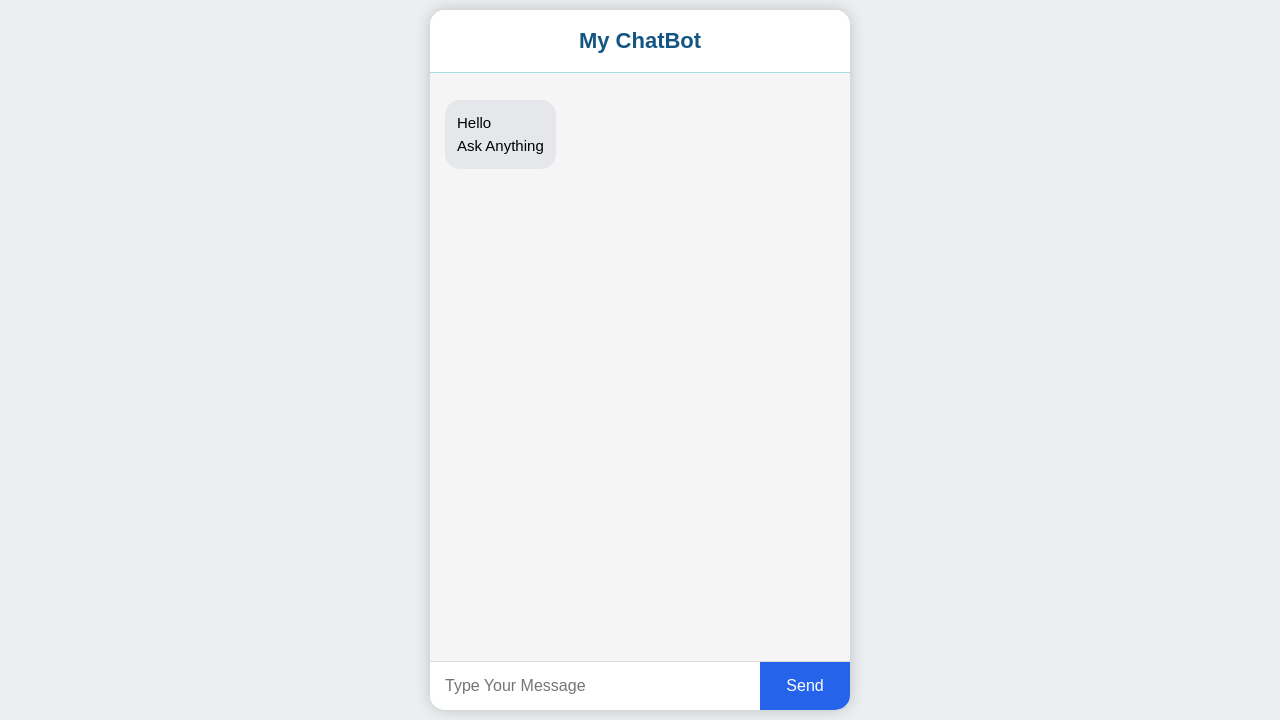
Repository: nt269782-web/Offline-ChatBot
Page: front.html
The author's editor kept a copy of each file at every save. The page is drawn from the files as they stood at one save, then again after a run of saves.
The browser window is 1280 px wide. The pictures show the whole page.

Above is the page before, as saved 2026-07-11 11:33:19.

After the next 3 saves:
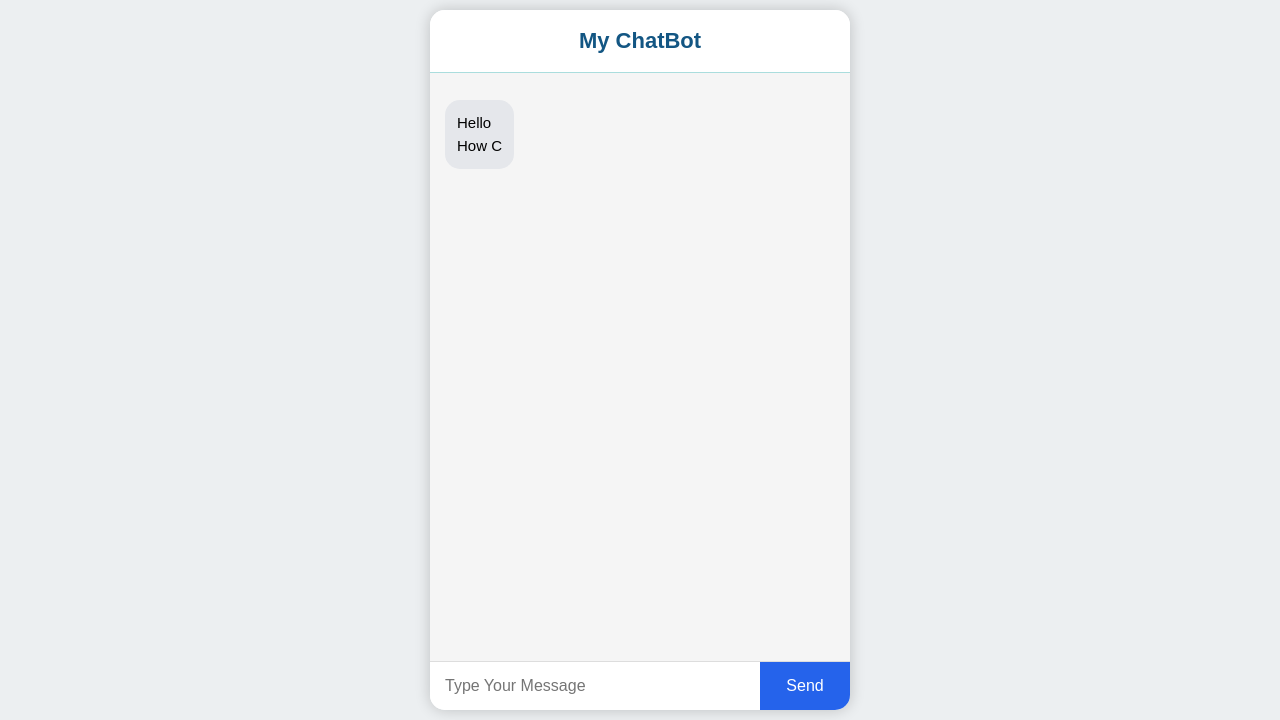
The 3 saves are shown as one change because they came seconds apart.
The last was saved 3 min 9 s later.
--- a/front.html
+++ b/front.html
@@ -124,7 +124,7 @@
             <div class="message bot">
                 <div class="bubble">
                     Hello <br>
-                    Ask Anything
+                    How C
 
                 </div>
             </div>
